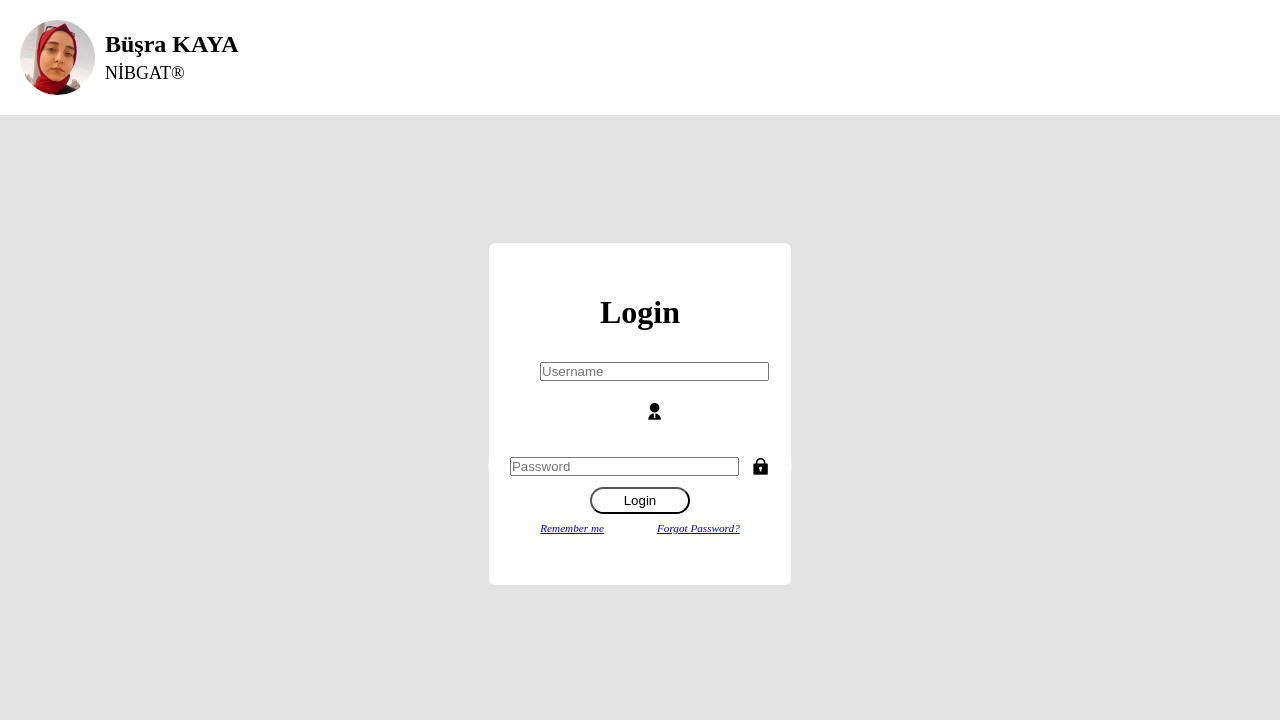
Repository: busra-kayaa/LoginPage
Page: login.html
The author's editor kept a copy of each file at every save. The page is drawn from the files as they stood at one save, then again after the next save.
The browser window is 1280 px wide. The pictures show the whole page.

Above is the page before, as saved 2024-01-05 09:15:39.

### login.html
<!DOCTYPE html>
<html>
    <head>
        <title>Login Page</title>
        <link rel="stylesheet" href="./style.css" type="text/css"/>
        <link rel="stylesheet" href="https://cdnjs.cloudflare.com/ajax/libs/remixicon/3.5.0/remixicon.css" crossorigin="">

    </head>
    <body>
        <div class="header-container">
            <div
                class="header-left-side-container"
            >
                <img
                    src="./busra.jpg"
                    height="75px"
                    width="75px"
                    class="logo"
                />
                <div class="header-desc-container">
                    <span class="header-title">
                        Büşra KAYA
                    </span>
                    <span class="header-content">
                        NİBGAT®
                    </span>
                </div>
            </div>
        </div>
        <div class="login-from-container">
          <div class ="login-text"><h1>Login</h1></div>
            <div class="input-group1">
                <input
                    type="text"
                    placeholder="Username"
                    class="input-text"
                    autocomplete="off"
                />
                <i class="ri-user-2-fill"></i>
            </div>
            <div class="input-group2">
                <input
                    type="password"
                    placeholder="Password"
                    class="input-text"
                    autocomplete="off"
                />
                <i class="ri-lock-2-fill"></i>
            </div>
            <div class="subgroup">
                <div class="button-group" id="login-button">
                    <button type="submit" class="login__button">Login</button>
                </div>
                <div class="footer">
                    <a href="#" target="_blank">Remember me</a>
                    <a href="#" target="_blank">Forgot Password? </a>
                </div>
            </div>
        </div>
    </body>
</html>

### style.css

* {
    padding: 0;
    margin: 0;
}

body {
    background-color: #e3e3e3;
}

.header-container {
    justify-content: space-between;
    background-color: #ffffff;
    flex-direction: row;
    align-items: center;
    padding: 20px;
    display: flex;
    margin-bottom: 10%;
}
.header-left-side-container {
    flex-direction: row;
    align-items: center;
    display: flex;
}

.logo {
    border-radius: 50%;
    margin-right: 10px;
}

.header-desc-container {
    display: flex;
    flex-direction: column;
}

.header-title {
    display: flex;
    flex-direction:column;
    font-weight: bold;
    font-size: 24px;
    margin-bottom: 5px;
}

.header-content {
    font-weight:normal;
    font-size: 18px;
    color:rgb(0, 0, 0);
}

.login-from-container {
    background-color: #ffffff;
    display: flex;
    border-radius: 2%;
    flex-direction: column;
    align-items: center;
    text-align: center;
    margin: auto;
    width: 200px;
    padding: 4%;
}

.login-text {
    padding-bottom: 15px;
}

.input-group1 {
    width: 100%;
    background: none;
    color: var(--white-color);
    padding-block: 1rem;
    display: grid;
    row-gap: 1.25rem;
    margin-bottom: 1rem;
    border: none;
    outline: none;
}

.input-group1 i {
    font-size: 1.20rem;
  }

.input-text {
    width: 225px;
}

.input-group2 {
    display: grid;
    grid-template-columns: 1fr max-content;
    column-gap: .75rem;
    align-items: center;
    border: 2px solid hsla(0, 0%, 100%, .7);
    padding-inline: 1.25rem;
    border-radius: 4rem;
}
.input-group2 i {
    font-size: 1.20rem;
  }

.login__button {
    width: 50%;
    padding: 2%;
    margin: 4%;
    background-color:#ffffff;
    border-radius: 2rem;
    cursor: pointer;
  }

.footer {
    display: flex;
    flex-direction:raw;
    font-size: 70%;
    font-style: italic;
    gap: 53px;
}

After the next save:
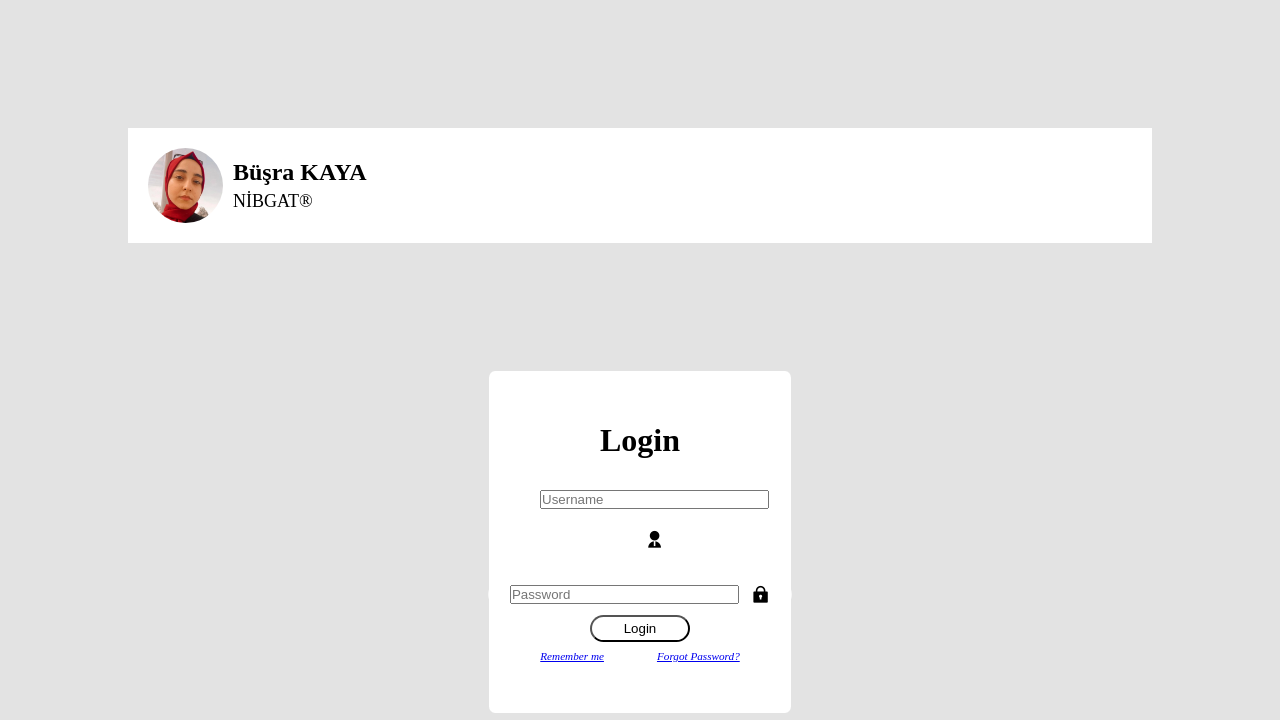
Saved 58 s later.
--- a/style.css
+++ b/style.css
@@ -15,7 +15,7 @@
     align-items: center;
     padding: 20px;
     display: flex;
-    margin-bottom: 10%;
+    margin: 10%;
 }
 .header-left-side-container {
     flex-direction: row;

After the save that followed:
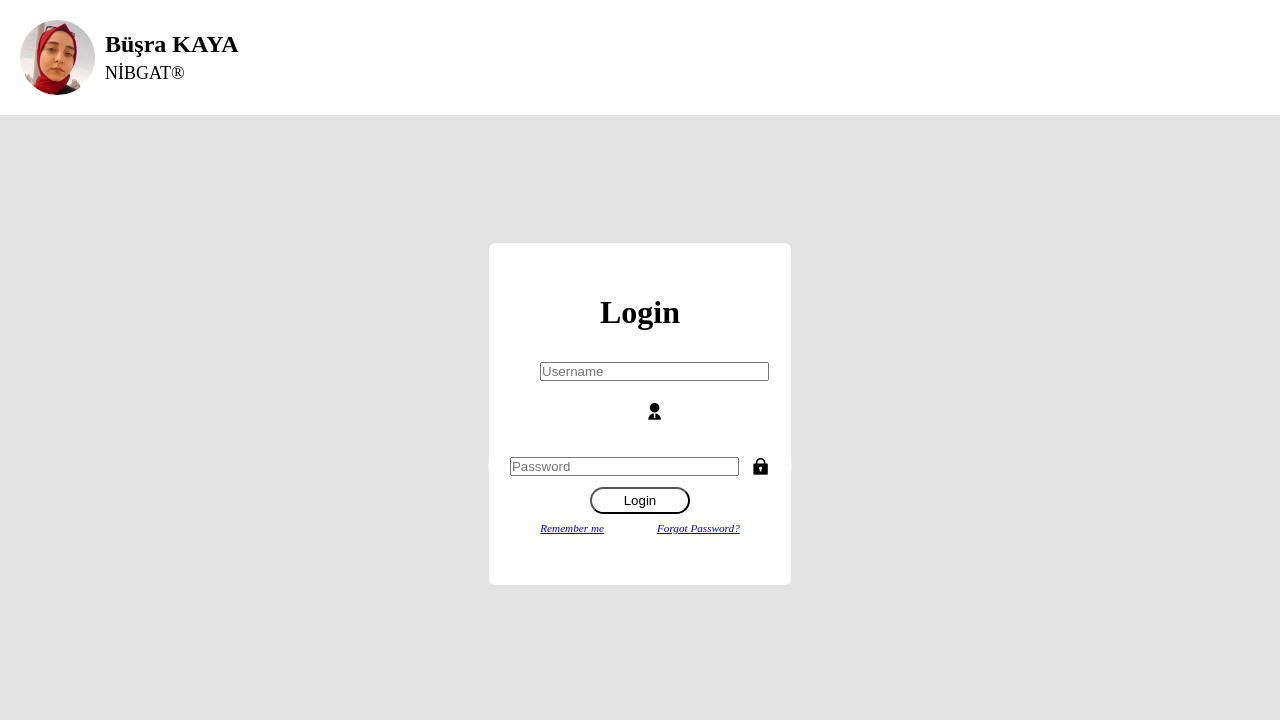
Saved 9 s later.
--- a/style.css
+++ b/style.css
@@ -15,7 +15,7 @@
     align-items: center;
     padding: 20px;
     display: flex;
-    margin: 10%;
+    margin-bottom: 10%;
 }
 .header-left-side-container {
     flex-direction: row;
